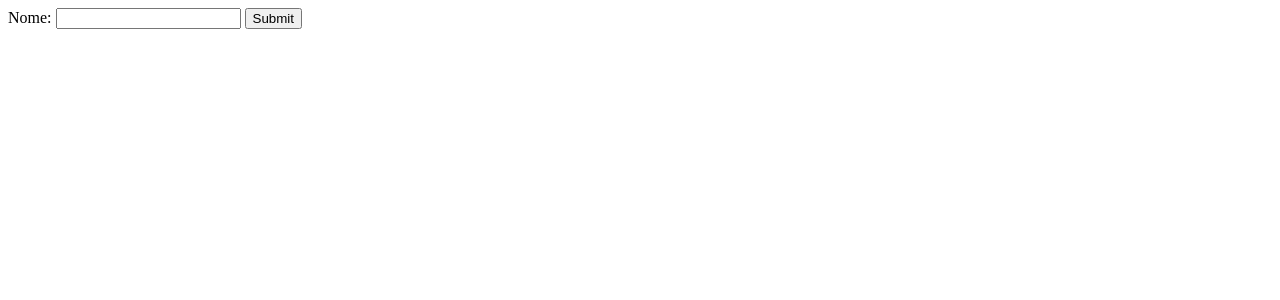
Repository: mayconnnm/Servlet
Page: Gerenciador/WebContent/formNovaEmpresa.html
These files come from the project's save history. The page is drawn as it stood at one moment and after the next save; the edit follows.
The browser window is 1280 px wide. The pictures show the whole page.

Above is the page before, as saved 2020-04-03 22:01:06.

### Gerenciador/WebContent/formNovaEmpresa.html
<!DOCTYPE html>
<html>
<head>
<meta charset="ISO-8859-1">
<title>Insert title here</title>
</head>
<body>

	<form action="/Gerenciador/novaEmpresa" method="post">
		<div>
			<label>Nome:</label>
			<input type="text" name="nome">
			<input type="submit">
		</div>
	</form>

</body>
</html>

After the next save:
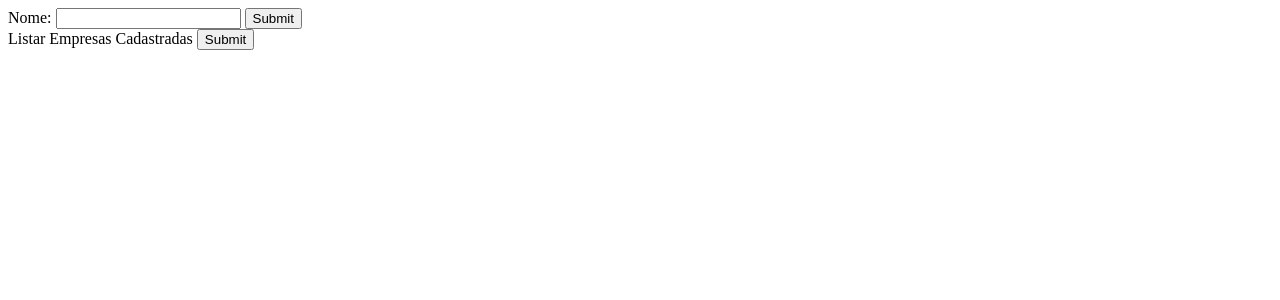
Saved 78 s later.
--- a/Gerenciador/WebContent/formNovaEmpresa.html
+++ b/Gerenciador/WebContent/formNovaEmpresa.html
@@ -12,6 +12,10 @@
 			<input type="text" name="nome">
 			<input type="submit">
 		</div>
+		<div>
+			<label>Listar Empresas Cadastradas</label>
+			<input type="submit">
+		</div>
 	</form>
 
 </body>
